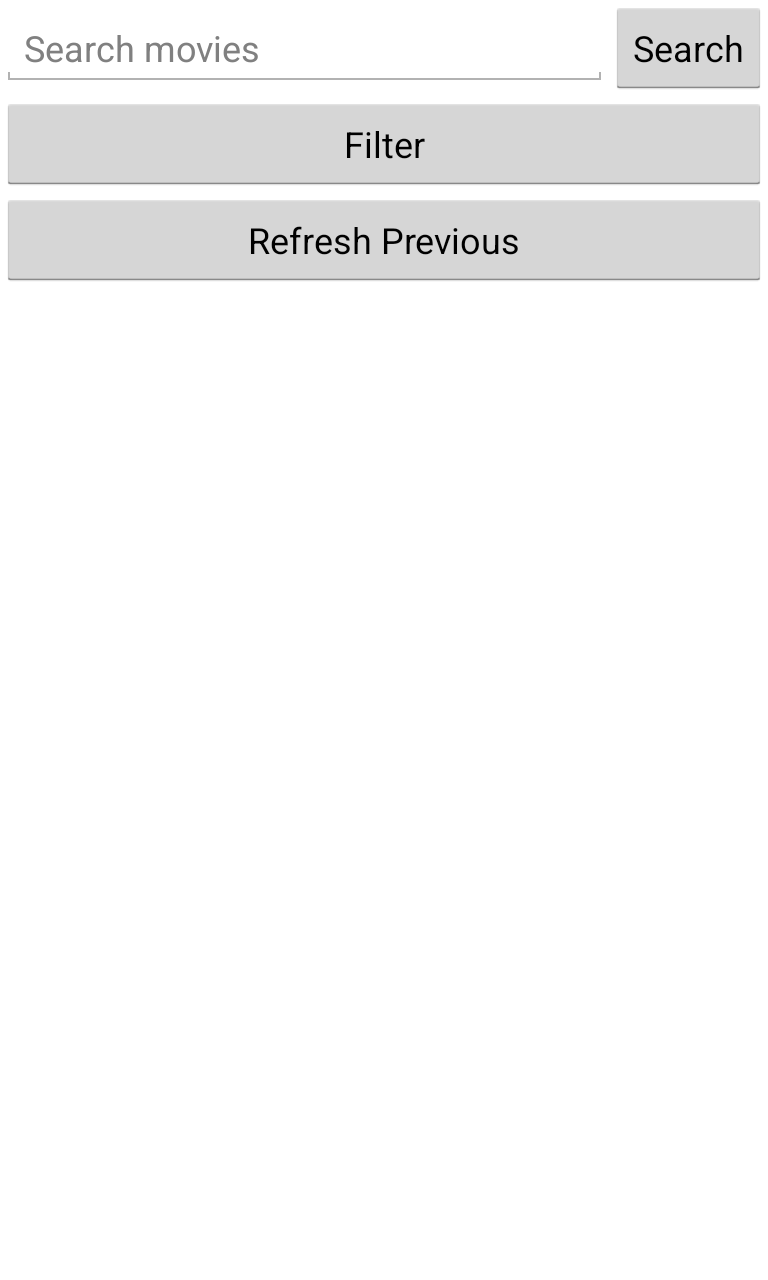
Repository: Tupling/Android-MovieDB
Layout: Java2_Android_App/MovieDB/res/layout/linear_layout.xml
The author's editor kept a copy of each file at every save. The layout is drawn from the files as they stood at one save, then again after the next save.
It is drawn on a 768 x 1280 px phone screen (xhdpi) without system bars, with theme AppTheme; the app's code is not run. Lists and similar views that code fills are empty.

Above is the layout before, as saved 2013-12-07 19:22:20.

### Java2_Android_App/MovieDB/res/layout/linear_layout.xml
<?xml version="1.0" encoding="utf-8"?>
<LinearLayout xmlns:android="http://schemas.android.com/apk/res/android"
    android:layout_width="match_parent"
    android:layout_height="match_parent"
    android:orientation="vertical" >

    <LinearLayout
        android:layout_width="match_parent"
        android:layout_height="wrap_content"
        android:orientation="horizontal">

        <EditText
            android:id="@+id/search_input"
            android:layout_width="0dip"
            android:layout_weight="1"
            android:layout_height="wrap_content"
            android:hint="@string/search_movies"/>

        <Button
            android:id="@+id/search_button"
            android:layout_width="wrap_content"
            android:layout_height="wrap_content"
            android:text="@string/search_btn_text"/>


    </LinearLayout>
            <Button
            android:id="@+id/filter_button"
            android:layout_width="match_parent"
            android:layout_height="wrap_content"
            android:text="@string/filter_btn_text"/>

            <Button
            android:id="@+id/refresh_previous"
            android:layout_width="match_parent"
            android:layout_height="wrap_content"
            android:text="@string/refresh_btn_text"/>
        <ListView
       android:id="@+id/movie_list"
        android:layout_width="wrap_content"
        android:layout_height="wrap_content" >

    </ListView>
</LinearLayout>

### Java2_Android_App/MovieDB/res/values/strings.xml
<?xml version="1.0" encoding="utf-8"?>
<resources>

    <string name="app_name">MovieDB</string>
    <string name="action_settings">Settings</string>
    <string name="hello_world">Hello world!</string>
    <string name="search_movies">Search movies</string>
    <string name="search_btn_text">Search</string>
    <string name="filter_btn_text">Filter</string>
    <string name="refresh_btn_text">Refresh Previous</string>

</resources>

Loaded but not shown: Java2_Android_App/MovieDB/res/values/styles.xml (common file); Java2_Android_App/MovieDB/res/values-v11/styles.xml (common file); Java2_Android_App/MovieDB/res/values-v14/styles.xml (common file)

After the next save:
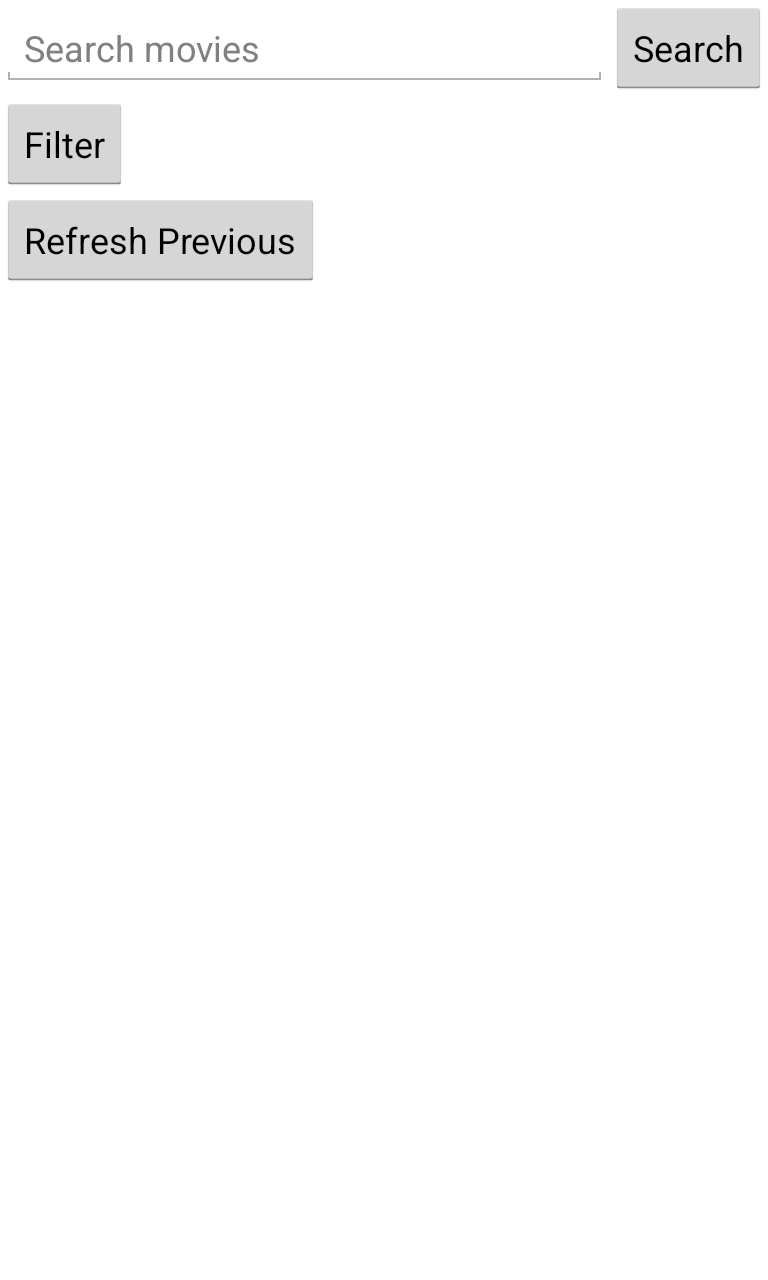
Saved 24 s later.
--- a/Java2_Android_App/MovieDB/res/layout/linear_layout.xml
+++ b/Java2_Android_App/MovieDB/res/layout/linear_layout.xml
@@ -26,13 +26,13 @@
     </LinearLayout>
             <Button
             android:id="@+id/filter_button"
-            android:layout_width="match_parent"
+            android:layout_width="wrap_content"
             android:layout_height="wrap_content"
             android:text="@string/filter_btn_text"/>
 
             <Button
             android:id="@+id/refresh_previous"
-            android:layout_width="match_parent"
+            android:layout_width="wrap_content"
             android:layout_height="wrap_content"
             android:text="@string/refresh_btn_text"/>
         <ListView
